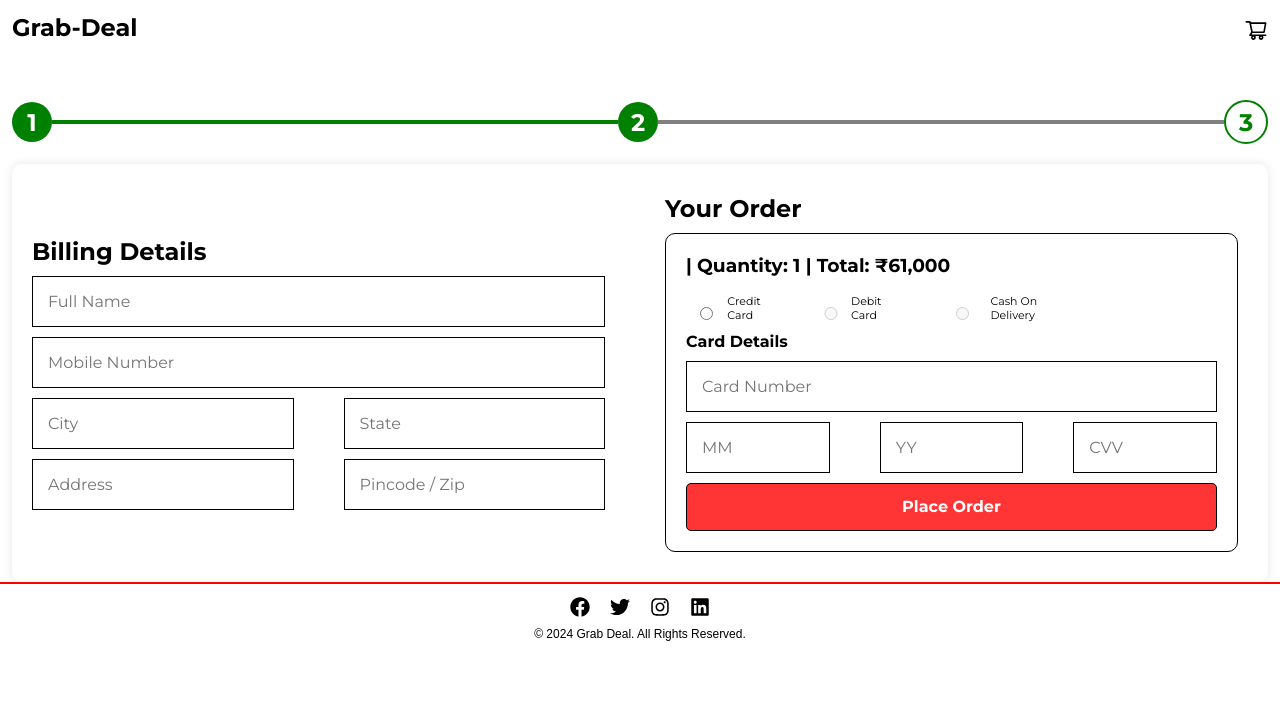
Repository: hlwsatyam/Iphone16Pro
Page: /CheckoutPage
An editor plug-in stored every save of this project. The page is shown before and after the next save, followed by the edit.
The browser window is 1280 px wide. The pictures show the whole page.
The project was rebuilt for these pictures with package versions that can differ from the ones it lists, and the page was loaded fresh each time. Also part of the build but not shown: src/hooks/useDocTitle.js, src/helpers/utils.js, src/components/filters/FilterBarOptions.js, src/components/filters/FilterBar.js, src/hooks/useActive.js, src/components/product/ProductCard.js, src/components/common/SectionsHead.js, src/components/common/Services.js and 19 more.

Above is the page before, as saved 2024-09-28 16:16:59.

### public/index.html
<!DOCTYPE html>
<html lang="en">

<head>
  <meta charset="utf-8" />
  <link rel="icon" href="https://www.reliancedigital.in/medias/Apple-iPhone16ProMax-494423059-i-1-1200Wx1200H-300Wx300H?context=bWFzdGVyfGltYWdlc3wyOTM2MXxpbWFnZS9qcGVnfGltYWdlcy9oM2EvaGEzLzEwMTk1OTA4OTg0ODYyLmpwZ3w2MjMyOGJjMTFhMDRjZjFiNWRkOGU4NjNjZWJiMDUwNWNkNmE0YzdhMjE3MjVjNDRjNWFlMjA0ZDU2MDFjODhk" />
  <meta name="viewport" content="width=device-width, initial-scale=1" />
  <meta name="theme-color" content="#000000" />
  <meta name="description" content="Web site created using create-react-app" />
  <link rel="apple-touch-icon" href="%PUBLIC_URL%/logo192.png" />
  <!--
      manifest.json provides metadata used when your web app is installed on a
      user's mobile device or desktop. See https://developers.google.com/web/fundamentals/web-app-manifest/
    -->
  <link rel="manifest" href="%PUBLIC_URL%/manifest.json" />
  <!--
      Notice the use of %PUBLIC_URL% in the tags above.
      It will be replaced with the URL of the `public` folder during the build.
      Only files inside the `public` folder can be referenced from the HTML.

      Unlike "/favicon.ico" or "favicon.ico", "%PUBLIC_URL%/favicon.ico" will
      work correctly both with client-side routing and a non-root public URL.
      Learn how to configure a non-root public URL by running `npm run build`.
    -->

  <link rel="preconnect" href="https://fonts.googleapis.com" />
  <link rel="preconnect" href="https://fonts.gstatic.com" crossorigin />
  <link href="https://fonts.googleapis.com/css2?family=Montserrat:wght@400;500;600;700&display=swap" rel="stylesheet" />

  <title>Best Discount On I Phone 16 Pro </title>
</head>

<body>
  <noscript>You need to enable JavaScript to run this app.</noscript>
  <div id="root"></div>
  <!--
      This HTML file is a template.
      If you open it directly in the browser, you will see an empty page.

      You can add webfonts, meta tags, or analytics to this file.
      The build step will place the bundled scripts into the <body> tag.

      To begin the development, run `npm start` or `yarn start`.
      To create a production bundle, use `npm run build` or `yarn build`.
    -->
</body>

</html>

### src/styles/style.scss
// Base
@import "./partials/base/variables";
@import "./partials/base/mixins";
@import "./partials/base/reset";
@import "./partials/base/common";


// Components
@import "./partials/components/preloader";
@import "./partials/components/header";
@import "./partials/components/footer";
@import "./partials/components/backtop";
@import "./partials/components/form";
@import "./partials/components/searchbar";
@import "./partials/components/filterbar";
@import "./partials/components/quantity_box";
@import "./partials/components/empty_view";


// Pages
@import "./partials/pages/hero";
@import "./partials/pages/featured";
@import "./partials/pages/products";
@import "./partials/pages/product_details";
@import "./partials/pages/product_summary";
@import "./partials/pages/cart";
@import "./partials/pages/related";
@import "./partials/pages/services";
@import "./partials/pages/error_page";



.testimonial-section {
    background: linear-gradient(135deg, #f06, #f93);
    padding: 50px 0;
    display: flex;
    justify-content: center;
  }

### src/styles/partials/components/_preloader.scss
#preloader {
    width: 100%;
    min-height: 100vh;
    background-color: var(--bg-color);
    position: fixed;
    top: 0;
    left: 0;
    z-index: 9999;
    @include centered;
}

.loader {
    @include dimension(12.5rem, 12.5rem);
    border-radius: 50%;
    box-shadow: 1px 8px 8px var(--main-color);
    animation: spin 1.4s linear infinite;
}

@keyframes spin {
    0% {
        transform: rotate(0deg);
    }

    100% {
        transform: rotate(360deg);
    }
}

.loader_text {
    position: absolute;
    top: 50%;
    left: 50%;
    transform: translate(-50%, -50%);
    animation: text 1s linear infinite alternate;
}

@keyframes text {
    0% {
        opacity: 0.4;
    }

    100% {
        opacity: 1;
    }
}

### src/styles/partials/components/_footer.scss
#footer {
    background-color: var(--black-color);
    @include padding-y(3rem, 2rem);

    .separator {
        @include margin-y(2.5rem, 2rem);
        opacity: 0.7;
    }
}

.footer_wrapper {
    grid-template-columns: 1.4fr repeat(3, 1fr);
    justify-items: center;
    gap: 2rem;

    @include devices(md) {
        grid-template-columns: 1.4fr 1fr;
        justify-items: unset;
        gap: 4rem;
    }

    @include devices(xs) {
        grid-template-columns: 1fr;
        gap: 3rem;
    }
}

.foot_subs {
    p {
        @include margin-y(1rem, 1rem);
        font-size: 0.875rem;
        opacity: 0.9;
    }

    .btn {
        margin-top: 1rem;
    }
}

.foot_menu {
    ul {
        margin-top: 1.8rem;
        display: grid;
        gap: 1rem;

        a {
            font-size: 0.9rem;
            opacity: 0.8;

            &:hover {
                opacity: 1;
            }
        }
    }
}

.sub_footer_wrapper {
    @include flexbox(space-between, center);

    @include devices(md) {
        @include flexbox();
        flex-direction: column-reverse;
        gap: 2rem;
    }
}

.foot_copyright {
    font-size: 0.95rem;

    a {
        color: #eee;
        opacity: 0.8;

        &:hover {
            opacity: 1;
        }
    }
}

.foot_social {
    @include flexbox();
    gap: 2rem;
    font-size: 1.2rem;
    margin-right: 4rem;
}

### src/styles/partials/components/_searchbar.scss
#searchbar {
    display: grid;
    grid-template-columns: 0.5fr;
    justify-content: center;
    align-items: start;

    @include devices(lg) {
        grid-template-columns: 0.8fr;
    }

    @include devices(sm) {
        grid-template-columns: 1fr;
    }
}

.searchbar_content {
    margin: 3rem 1rem;
}

.search_box {
    display: flex;
    gap: 0.4rem;

    .input_field {
        background-color: var(--bg-color);
    }

    .btn {
        font-size: 1.5rem;

        &[disabled] {
            pointer-events: none;
            opacity: 0.7;
        }
    }
}

.search_results {
    background-color: var(--bg-color);
    display: grid;
    justify-items: flex-start;
    gap: 1rem;
    margin-top: 1rem;
    max-height: 300px;
    overflow-y: auto;
    padding: 1rem;
    border: 1px solid var(--text-muted);
    scrollbar-width: none;

    a {
        cursor: pointer;
        @include transition(color, 0.3s);

        &:hover {
            color: var(--main-color-2);
        }
    }

    &::-webkit-scrollbar {
        display: none;
    }
}

### src/styles/partials/components/_quantity_box.scss
.quantity_box {
    display: inline-flex;
    align-items: center;
    @include bordered(1px, #444);
    border-radius: 3px;
    user-select: none;
    overflow: hidden;

    button {
        @include dimension(3.125rem, 2.25rem);
        background-color: red;
        @include transition(color, 0.2s);

        &:hover {
            color: #eee;
        }

        &[disabled] {
            cursor: not-allowed;
            color: var(--text-muted);
        }
    }
}

.quantity_count {
    @include dimension(3.75rem, 2.25rem);
    color: red;
    font-size: 1.4rem;
    line-height: 2.25rem;
    font-weight: bold;
    text-align: center;
}

### src/styles/partials/pages/_products.scss
.products_wrapper {
    @include grid-cols(4, 1fr, 0.7rem);

    @include devices(lg) {
        @include grid-cols(3, 1fr, 0.7rem);
    }

    @include devices(md) {
        @include grid-cols(2, 1fr, 0.6rem);
    }

    @include devices(xs) {
        grid-template-columns: 1fr;
    }
}

.products_filter_tabs {
    @include margin-y(3rem, 5rem);
}

.products_card {
    @include bordered(1px, rgba($color: #ffffff, $alpha: 0.4));
    border-radius: 3px;
    box-shadow: 0px 5px 10px rgba($color: #000000, $alpha: 0.5);
    overflow: hidden;

    &.browse_card {
        @include centered;
        @include padding-y(5rem, 5rem);
        font-size: 1.5rem;

        a {
            @include transition(color, 0.3s);

            &:hover {
                color: #eee;
            }
        }
    }
}

.products_img {
    background: var(--bg-color-2);
    text-align: center;
    padding: 1rem;
    overflow: hidden;

    img {
        width: 70%;
        @include transition(transform, 0.25s, ease);

        &:hover {
            transform: scale(1.05);
        }
    }
}

.products_details {
    padding: 1rem;
}

.products_title {
    @include margin-y(0.8rem, 0.4rem);
}

.products_info {
    opacity: 0.8;
    font-weight: 500;
}

.products_btn {
    width: 100%;
    margin-top: 1.2rem;

    &.active {
        background-color: green;
    }

    &[disabled] {
        cursor: not-allowed;
    }
}


/*------ All-Products Page ------*/
#all_products {
    padding-top: 8rem;
    display: grid;
    grid-template-columns: 240px 1fr;

    @include devices(lg) {
        grid-template-columns: 1fr;
    }

    .products_wrapper {
        @include devices(xl) {
            @include grid-cols(3, 1fr, 0.7rem);
        }

        @include devices(md) {
            @include grid-cols(2, 1fr, 0.6rem);
        }

        @include devices(xs) {
            grid-template-columns: 1fr;
        }
    }
}

### src/styles/partials/pages/_product_summary.scss
.prod_summary_details {
    margin-top: 4rem;

    ul {
        display: grid;
        gap: 2rem;
    }
}

.prod_specs {

    ul {
        grid-template-columns: 0.4fr;

        li {
            @include flexbox(space-between, center);

            span {
                &:last-child {
                    font-weight: 600;
                }
            }
        }

        @include devices(lg) {
            grid-template-columns: 1fr;
        }
    }
}

.prod_overview {

    h3 {
        font-weight: 600;
        word-spacing: 0.6px;
        line-height: 1.5;

        span {
            color: var(--main-color-2);
        }
    }

    ul {
        gap: 1.2rem;
        list-style-type: disc;
        margin-left: 1rem;
        @include margin-y(2rem, 2rem);
    }

    p {
        line-height: 2;
    }
}

.prod_reviews {

    ul {
        gap: 3rem;
    }

    .user_info {
        display: flex;
        align-items: center;
        gap: 1rem;

        img {
            @include dimension(50px, 50px);
            border-radius: 50%;
        }

        .user_ratings {
            display: flex;
            align-items: center;
            gap: 0.5rem;
            margin-top: 0.5rem;

            .date {
                color: var(--text-muted);
                font-size: 0.95rem;
            }
        }
    }

    .user_review {
        margin-top: 1rem;
    }
}

### src/components/Extra/Checkout.jsx
import React from "react";
import TopLine from "./checkOutComp/TopLine";
import LargeArea from "./checkOutComp/LargeArea";

function Checkout() {
  return (
    <div className="container" >
      <TopLine />
      <LargeArea />
    </div>
  );
}

export default Checkout;

### src/components/Extra/checkOutComp/TopLine.jsx
import React from "react";

function TopLine() {
  const styles = {
    container: {
      display: "flex",
      marginTop: "100px",
      justifyContent: "space-between",
      alignItems: "center",
    },
    span: {
      width: "20px",
      height: "20px",
      backgroundColor: "gray",
      backgroundColor: "green",
      color: "white",
      borderRadius: "50%",
      display: "flex",
      fontSize: "24px",
      fontWeight: 700,
      padding: "20px", // Adjust padding to balance size
      justifyContent: "center",
      alignItems: "center",
    },
    span3: {
      width: "20px",
      height: "20px",

      backgroundColor: "white",
      color: "green",
      border: "2px solid green",
      borderRadius: "50%",
      display: "flex",
      fontSize: "24px",
      fontWeight: 700,
      padding: "20px", // Adjust padding to balance size
      justifyContent: "center",
      alignItems: "center",
    },

    line: {
      width: "100%",
      height: "4px",
      backgroundColor: "green",
    },
    line2: {
      width: "100%",
      height: "4px",
      backgroundColor: "gray",
    },

  };

  return (
    <div style={styles.container}>
      <span style={styles.span}>1</span>
      <div style={styles.line}></div> {/* Central line between spans */}
      <span style={styles.span}>2</span>
      <div style={{...styles.line, ...styles.line2}}></div>{" "}
      {/* Central line between spans */}
      <span style={{...styles.span,...styles.span3}}>3</span>
    </div>
  );
}

export default TopLine;

### src/components/Extra/checkOutComp/LargeArea.jsx
// import React from "react";
// import "../LargeArea.css";
// function LargeArea() {
//   return (
//     <div className="largeArea">
//       <div className="left-area">
//         <h2>Billing Details</h2>
//         <input type="text" placeholder="Full Name" />
//         <input type="text" placeholder="Mobile Number" />

//         <div className="city-state">
//           <input type="text" placeholder="City" />
//           <input type="text" placeholder="State" />
//         </div>
//         <div className="city-state">
//           <input type="text" placeholder="Address" />
//           <input type="text" placeholder="Pincode / Zip" />
//         </div>
//       </div>

//       <div className="right-area">
//         <h2>Your Order</h2>
//         <div className="right-container">
//           <h3 className="qunt" > | Quantity:1 | Total: ₹ </h3>

//           <div className="card-selection">
//             <p>
//               <input type="checkbox" name="" id="" /> <span>Credit Card</span>
//             </p>
//             <p>
//               <input type="checkbox" name="" id="" /> <span>Debit Card</span>
//             </p>
//             <p>
//               <input type="checkbox" name="" id="" />{" "}
//               <span>Cash On Delevery</span>
//             </p>
//           </div>
//           <p className="t1" >Card Details</p>
//           <input type="text" placeholder="Card Number" />
//           <div className="expiry-date">
//             <input type="text" placeholder="MM" />
//             <input type="text" placeholder="YY" />
//             <input type="text" placeholder="CVV" />
//           </div>
//           <button>Place Order</button>
//         </div>
//       </div>
//     </div>
//   );
// }

// export default LargeArea;

import React, { useState } from "react";
import axios from "axios";
import "../LargeArea.css";

function LargeArea() {
  const [formData, setFormData] = useState({
    fullName: "",
    mobileNumber: "",
    city: "",
    state: "",
    address: "",
    pincode: "",
    paymentMethod: "",
    cardNumber: "",
    expiryMonth: "",
    expiryYear: "",
    cvv: "",
  });

  const [errorMessage, setErrorMessage] = useState("");

  const handleChange = (e) => {
    setFormData({ ...formData, [e.target.name]: e.target.value });
  };

  const handlePaymentMethodChange = (e) => {
    setFormData({ ...formData, paymentMethod: e.target.value });
  };

  const validateForm = () => {
    if (
      !formData.fullName ||
      !formData.mobileNumber ||
      !formData.city ||
      !formData.state ||
      !formData.address ||
      !formData.pincode
    ) {
      setErrorMessage("Please fill in all the billing details.");
      return false;
    }

    if (formData.paymentMethod === "") {
      setErrorMessage("Please select a payment method.");
      return false;
    }

    if (
      formData.paymentMethod !== "Cash On Delivery" &&
      (!formData.cardNumber ||
        !formData.expiryMonth ||
        !formData.expiryYear ||
        !formData.cvv)
    ) {
      setErrorMessage("Please fill in all card details.");
      return false;
    }

    return true;
  };

  const handleSubmit = async (e) => {
    e.preventDefault();

    if (!validateForm()) {
      return;
    }

    try {
      const response = await axios.post(
        "http://localhost:5000/checkout",
        formData
      );
      if (response.status === 200) {
        alert("Order placed successfully!");
      }
    } catch (error) {
      console.error("Error sending data to backend", error);
      alert("Error placing order, please try again.");
    }
  };

  return (
    <div className="largeArea">
      <div className="left-area">
        <h2>Billing Details</h2>
        <input
          type="text"
          name="fullName"
          placeholder="Full Name"
          value={formData.fullName}
          onChange={handleChange}
        />
        <input
          type="text"
          name="mobileNumber"
          placeholder="Mobile Number"
          value={formData.mobileNumber}
          onChange={handleChange}
        />

        <div className="city-state">
          <input
            type="text"
            name="city"
            placeholder="City"
            value={formData.city}
            onChange={handleChange}
          />
          <input
            type="text"
            name="state"
            placeholder="State"
            value={formData.state}
            onChange={handleChange}
          />
        </div>
        <div className="city-state">
          <input
            type="text"
            name="address"
            placeholder="Address"
            value={formData.address}
            onChange={handleChange}
          />
          <input
            type="text"
            name="pincode"
            placeholder="Pincode / Zip"
            value={formData.pincode}
            onChange={handleChange}
          />
        </div>
      </div>

      <div className="right-area">
        <h2>Your Order</h2>
        <div className="right-container">
          <h3 className="qunt"> | Quantity: 1 | Total: ₹61,000 </h3>

          <div className="card-selection">
            <p>
              <input
                type="radio"
                name="paymentMethod"
                value="Credit Card"
                onChange={handlePaymentMethodChange}
              />{" "}
              <span>Credit Card</span>
            </p>
            <p>
              <input
                type="radio"
                disabled
                name="paymentMethod"
                value="Debit Card"
                onChange={handlePaymentMethodChange}
              />{" "}
              <span>Debit Card</span>
            </p>
            <p>
              <input
                disabled
                type="radio"
                name="paymentMethod"
                value="Cash On Delivery"
                onChange={handlePaymentMethodChange}
              />{" "}
              <span>Cash On Delivery</span>
            </p>
          </div>

          {formData.paymentMethod !== "Cash On Delivery" && (
            <>
              <p className="t1">Card Details</p>
              <input
                type="text"
                name="cardNumber"
                placeholder="Card Number"
                value={formData.cardNumber}
                onChange={handleChange}
              />
              <div className="expiry-date">
                <input
                  type="text"
                  name="expiryMonth"
                  placeholder="MM"
                  value={formData.expiryMonth}
                  onChange={handleChange}
                />
                <input
                  type="text"
                  name="expiryYear"
                  placeholder="YY"
                  value={formData.expiryYear}
                  onChange={handleChange}
                />
                <input
                  type="text"
                  name="cvv"
                  placeholder="CVV"
                  value={formData.cvv}
                  onChange={handleChange}
                />
              </div>
            </>
          )}

          <button onClick={handleSubmit}>Place Order</button>

          {errorMessage && <p className="error-message">{errorMessage}</p>}
        </div>
      </div>
    </div>
  );
}

export default LargeArea;

### src/components/Extra/LargeArea.css
.largeArea {
  display: flex;
  justify-content: space-between;
  align-items: center;
  gap: 50px;
  flex-wrap: wrap;
  margin-top: 20px;
  border-radius: 10px;
  box-shadow: 0px 0px 10px rgba(0, 0, 0, 0.1);
  padding: 20px;

  input {
    width: 100%;
    padding: 15px 15px;
    border: 1px solid black;
    margin-top: 10px;
  }
}

.left-area {
  flex: 1;
}
.right-area {
  flex: 1;

  padding: 10px;

  button {
    width: 100%;
    padding: 15px 15px;
    border: 1px solid black;
    margin-top: 10px;
    background-color: #ff3535;
    color: white;
    border-radius: 5px;
    cursor: pointer;
    font-weight: bold;
    font-size: 16px;
    transition: all 0.3s ease-in-out;
    &:hover {
      background-color: #ff3535;
      color: white;
      border: 1px solid white;
    }
  }
}

.error-message {
  color: red;
  margin-top: 10px;
}

.card-selection {
  display: flex;

  align-items: center;
  gap: 50px;
  margin-bottom: 10px;
  p {
    display: flex;
    justify-content: space-between;
    align-items: center;
    font-size: 11px;
  }
}

.t1 {
  margin-top: 10px;
  font-weight: 700;
}

.expiry-date {
  display: flex;
  justify-content: space-between;
  align-items: center;
  gap: 50px;
  input {
    width: 50%;
  }
}

.city-state {
  display: flex;
  justify-content: space-between;
  align-items: center;
  gap: 50px;

  input {
    input {
      width: 40%;
    }
  }
}

.right-container {
  margin-top: 10px;
  border: 1px solid black;
  padding: 20px;
  border-radius: 10px;

  .qunt {
    margin-bottom: 17px;
  }
}

Loaded but not shown: src/App.js (common file); src/reportWebVitals.js (common file); src/styles/partials/base/_variables.scss (common file); src/styles/partials/base/_reset.scss (common file); src/styles/partials/components/_backtop.scss (common file); src/styles/partials/components/_empty_view.scss (common file); src/styles/partials/pages/_featured.scss (common file); src/styles/partials/pages/_related.scss (common file); src/styles/partials/pages/_services.scss (common file); src/styles/partials/pages/_error_page.scss (common file); src/data/headerData.js (common file); src/hooks/useScrollRestore.js (common file); src/hooks/useOutsideClose.js (common file); src/hooks/useScrollDisable.js (common file); src/data/productsData.js (165 lines, source omitted); src/components/form/AccountForm.js (145 lines, source omitted); src/components/common/Footer.js (162 lines, source omitted); src/contexts/filters/filtersContext.js (199 lines, source omitted); src/components/common/Header.js (104 lines, source omitted); src/components/common/SearchBar.js (87 lines, source omitted); src/contexts/filters/filtersReducer.js (108 lines, source omitted); src/data/servicesData.js (90 lines, source omitted); src/contexts/cart/cartReducer.js (72 lines, source omitted); src/contexts/common/commonContext.js (67 lines, source omitted); src/contexts/cart/cartContext.js (64 lines, source omitted); src/routes/RouterRoutes.js (31 lines, source omitted); src/hooks/useForm.js (34 lines, source omitted); src/components/common/BackTop.js (41 lines, source omitted); src/data/filterBarData.js (63 lines, source omitted); src/contexts/common/commonReducer.js (37 lines, source omitted); src/index.js (22 lines, source omitted); src/styles/partials/base/_common.scss (197 lines, source omitted); src/styles/partials/components/_filterbar.scss (169 lines, source omitted); src/styles/partials/components/_form.scss (130 lines, source omitted); src/styles/partials/pages/_product_details.scss (154 lines, source omitted); src/styles/partials/pages/_cart.scss (146 lines, source omitted); src/styles/partials/components/_header.scss (129 lines, source omitted); src/styles/partials/base/_mixins.scss (114 lines, source omitted); src/styles/partials/pages/_hero.scss (121 lines, source omitted)

After the next save:
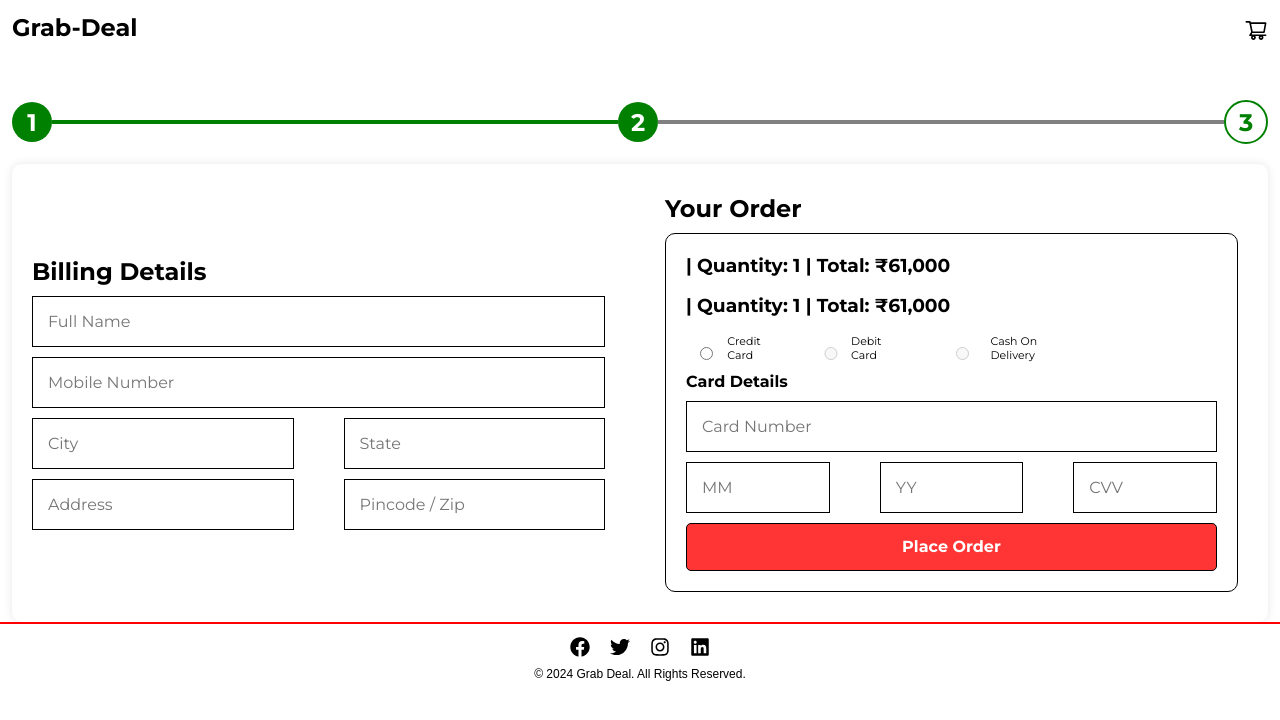
Saved 55 s later.
--- a/src/components/Extra/checkOutComp/LargeArea.jsx
+++ b/src/components/Extra/checkOutComp/LargeArea.jsx
@@ -189,6 +189,7 @@ function LargeArea() {
       <div className="right-area">
         <h2>Your Order</h2>
         <div className="right-container">
+          <h3 className="qunt"> | Quantity: 1 | Total: ₹61,000 </h3>
           <h3 className="qunt"> | Quantity: 1 | Total: ₹61,000 </h3>
 
           <div className="card-selection">
